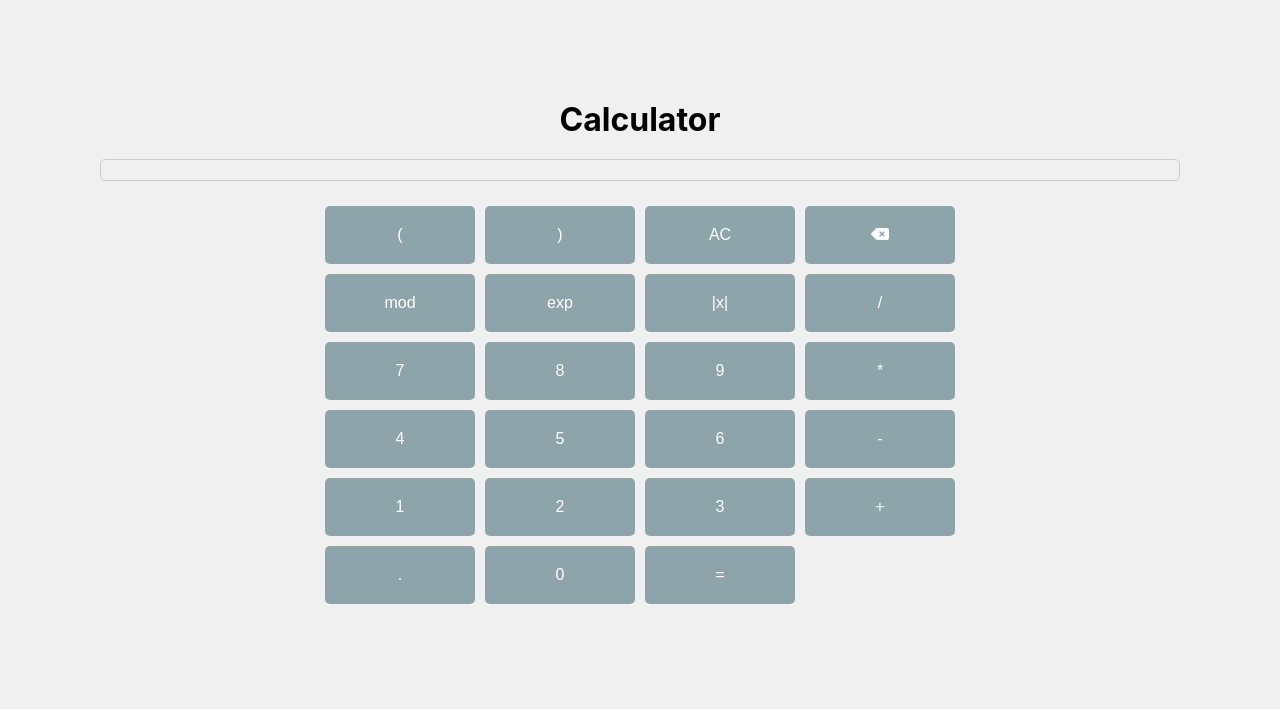
Repository: thesaherriaz/Calculator-React
Page: /
These files come from the project's save history. The page is drawn as it stood at one moment and after the next save; the edit follows.
The browser window is 1280 px wide. The pictures show the whole page.
The project was rebuilt for these pictures with package versions that can differ from the ones it lists, and the page was loaded fresh each time.

Above is the page before, as saved 2025-06-18 15:32:19.

### public/index.html
<!DOCTYPE html>
<html lang="en">
  <head>
    <meta charset="utf-8" />
    <link rel="icon" href="%PUBLIC_URL%/favicon.ico" />
    <meta name="viewport" content="width=device-width, initial-scale=1" />
    <meta name="theme-color" content="#000000" />
    <meta
      name="description"
      content="Web site created using create-react-app"
    />
    <link rel="apple-touch-icon" href="%PUBLIC_URL%/logo192.png" />
    <link rel="stylesheet" href="https://cdnjs.cloudflare.com/ajax/libs/font-awesome/6.0.0/css/all.min.css">
    <!--
      manifest.json provides metadata used when your web app is installed on a
      user's mobile device or desktop. See https://developers.google.com/web/fundamentals/web-app-manifest/
    -->
    <link rel="manifest" href="%PUBLIC_URL%/manifest.json" />
    <!--
      Notice the use of %PUBLIC_URL% in the tags above.
      It will be replaced with the URL of the `public` folder during the build.
      Only files inside the `public` folder can be referenced from the HTML.

      Unlike "/favicon.ico" or "favicon.ico", "%PUBLIC_URL%/favicon.ico" will
      work correctly both with client-side routing and a non-root public URL.
      Learn how to configure a non-root public URL by running `npm run build`.
    -->
    <title>React App</title>
  </head>
  <body>
    <noscript>You need to enable JavaScript to run this app.</noscript>
    <div id="root"></div>
    <!--
      This HTML file is a template.
      If you open it directly in the browser, you will see an empty page.

      You can add webfonts, meta tags, or analytics to this file.
      The build step will place the bundled scripts into the <body> tag.

      To begin the development, run `npm start` or `yarn start`.
      To create a production bundle, use `npm run build` or `yarn build`.
    -->
  </body>
</html>

### src/App.js
import React from 'react'
import Calculator from './compnents/Calculator'

function App() {
  return (
    <Calculator />
  )
}

export default App

### src/compnents/Calculator.jsx
import React from 'react'
import './Calculator.css'
import { useState } from 'react'

function Calculator() {
    const [input, setInput] = useState('');
    const [result, setResult] = useState('');
    const handleClick = (value) => {
        return () => {
            const input = document.getElementById('input');
            if (value === 'AC') {
                setInput('');
            } else if (value === 'DEL') {
                setInput(input.value.slice(0, -1));
            } else if (value === '=') {
                try {
                    setResult(eval(input));
                    setInput('');
                } catch (error) {
                    setInput('Error');
                }
            } else {
                setInput(input + value);
            }
        };
    }
  return (
    <>
        <div className="Calculator">
            <h1>Calculator</h1>
            <div className="input">{input}</div>
            <div className="result">{result}</div>
            <div className="buttons">
                <button className='btn-cal'onClick={handleClick('(')}>(</button>
                <button className='btn-cal'onClick={handleClick(')')}>)</button>
                <button className='btn-cal'onClick={handleClick('AC')}>AC</button>
                <button className='btn-cal'onClick={handleClick('DEL')}><i class="fa-solid fa-delete-left"></i></button> <br />
                <button className='btn-cal'onClick={handleClick('mod')}>mod</button>
                <button className='btn-cal'onClick={handleClick('exp')}>exp</button>
                <button className='btn-cal'onClick={handleClick('|x|')}>|x|</button>
                <button className='btn-cal'onClick={handleClick('/')}>/</button> <br />
                <button className='btn-cal'onClick={handleClick('7')}>7</button>
                <button className='btn-cal'onClick={handleClick('8')}>8</button>
                <button className='btn-cal'onClick={handleClick('9')}>9</button>
                <button className='btn-cal'onClick={handleClick('*')}>*</button> <br />
                <button className='btn-cal'onClick={handleClick('4')}>4</button>
                <button className='btn-cal'onClick={handleClick('5')}>5</button>
                <button className='btn-cal'onClick={handleClick('6')}>6</button>
                <button className='btn-cal'onClick={handleClick('-')}>-</button> <br />
                <button className='btn-cal'onClick={handleClick('1')}>1</button>
                <button className='btn-cal'onClick={handleClick('2')}>2</button>
                <button className='btn-cal'onClick={handleClick('3')}>3</button>
                <button className='btn-cal'onClick={handleClick('+')}>+</button> <br />
                <button className='btn-cal'onClick={handleClick('.')}>.</button>
                <button className='btn-cal'onClick={handleClick('0')}>0</button>
                <button className='btn-cal'onClick={handleClick('=')}>=</button>
            </div>
        </div>
    </>
  )
}

export default Calculator

### src/compnents/Calculator.css
*{
    box-sizing: border-box;
    margin: 0;
    padding: 0;

}
.Calculator {
  display: flex;
  flex-direction: column;
  align-items: center;
  justify-content: center;
  /* height: 100vh; */
  background-color: #f0f0f0;
  padding: 100px;
}
.btn-cal{
  background-color: #8ea4ab;
  width: 150px;
  color: white;
  border: none;
  padding: 20px;
  font-size: 16px;
  cursor: pointer;
  border-radius: 5px;
  margin: 5px;
  transition: background-color 0.3s ease;
}

.input {
  width: 100%;
  padding: 10px;
  font-size: 16px;
  border: 1px solid #ccc;
  border-radius: 5px;
  margin: 20px;
}

Loaded but not shown: src/index.js (common file); src/index.css (common file); src/reportWebVitals.js (common file)

After the next save:
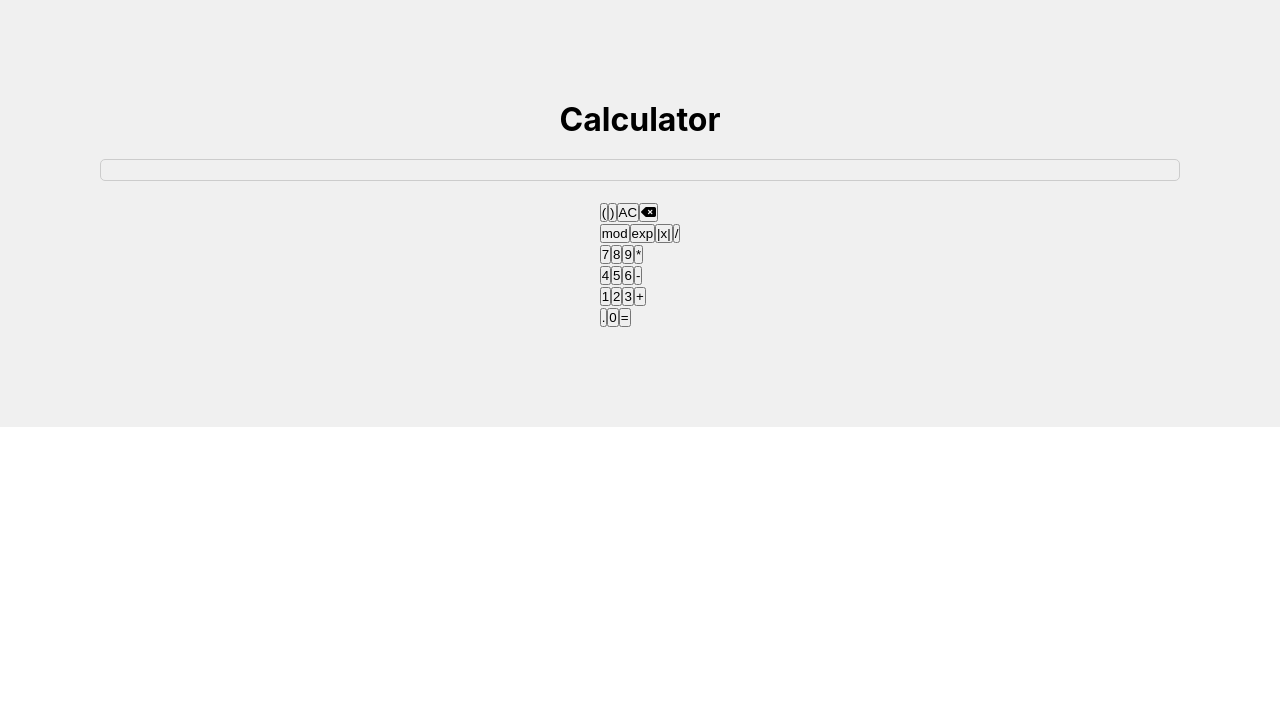
Saved 7 s later.
--- a/src/compnents/Calculator.css
+++ b/src/compnents/Calculator.css
@@ -13,7 +13,7 @@
   background-color: #f0f0f0;
   padding: 100px;
 }
-.btn-cal{
+/* .btn-cal{
   background-color: #8ea4ab;
   width: 150px;
   color: white;
@@ -24,7 +24,7 @@
   border-radius: 5px;
   margin: 5px;
   transition: background-color 0.3s ease;
-}
+} */
 
 .input {
   width: 100%;
